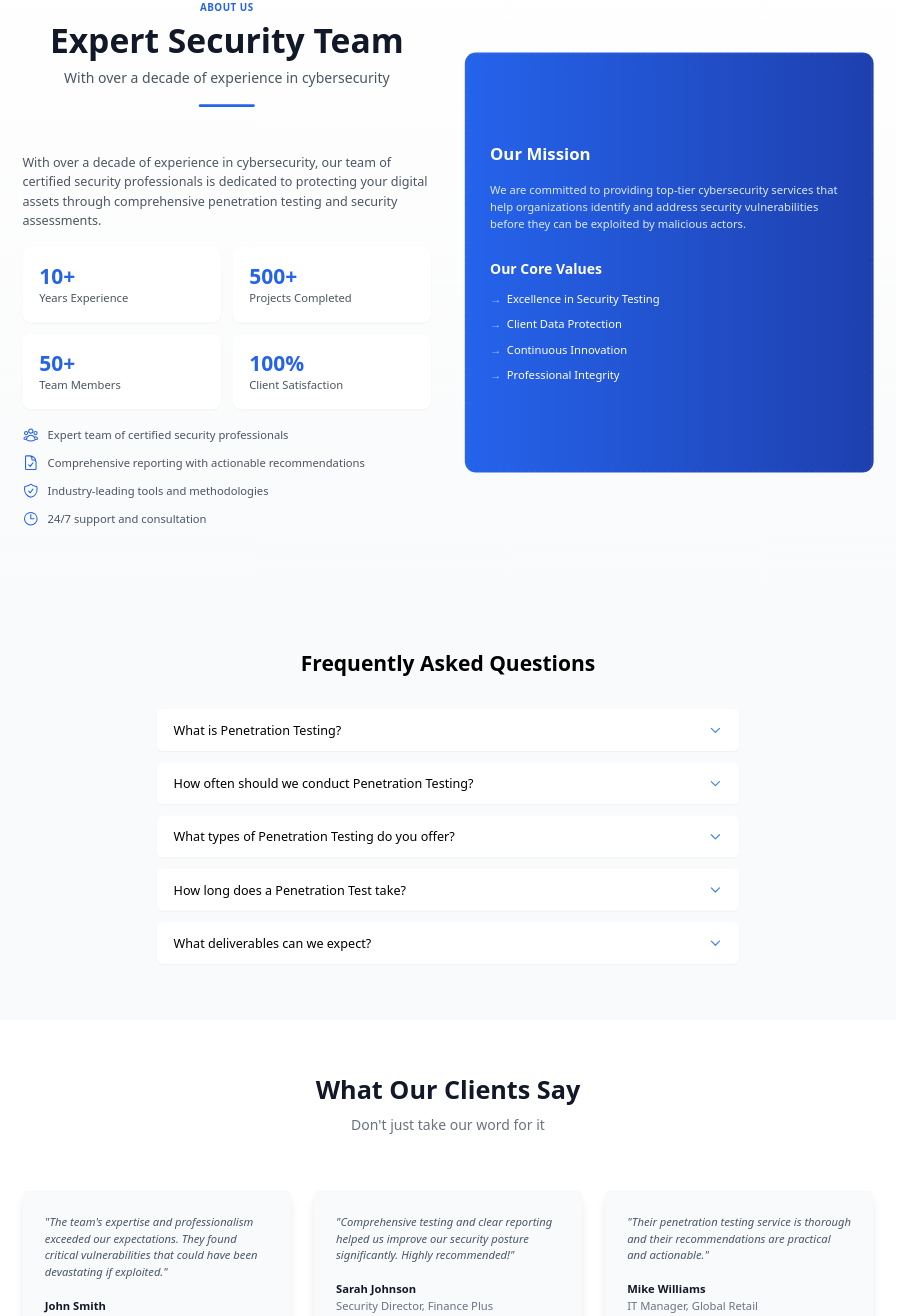
Repository: ZSayless/Penetration-test
Page: /
The author's editor kept a copy of each file at every save. The page is drawn from the files as they stood at one save, then again after the next save.
The browser window is 1280 px wide. The page is 1308 px wide, so the pictures cover 1308 px, including what lies to the right of the window. The pictures show the part of the page from y = 4620 to 6500 px (the page is 7649 px tall before and 7677 px after), at 70% of full size.
The project was rebuilt for these pictures with package versions that can differ from the ones it lists, and the page was loaded fresh each time. The framework's server and built-in components were replaced by stand-ins that run in the browser. Also part of the build but not shown: next.config.js.

Above is the page before, as saved 2024-12-06 10:41:04.

After the next save:
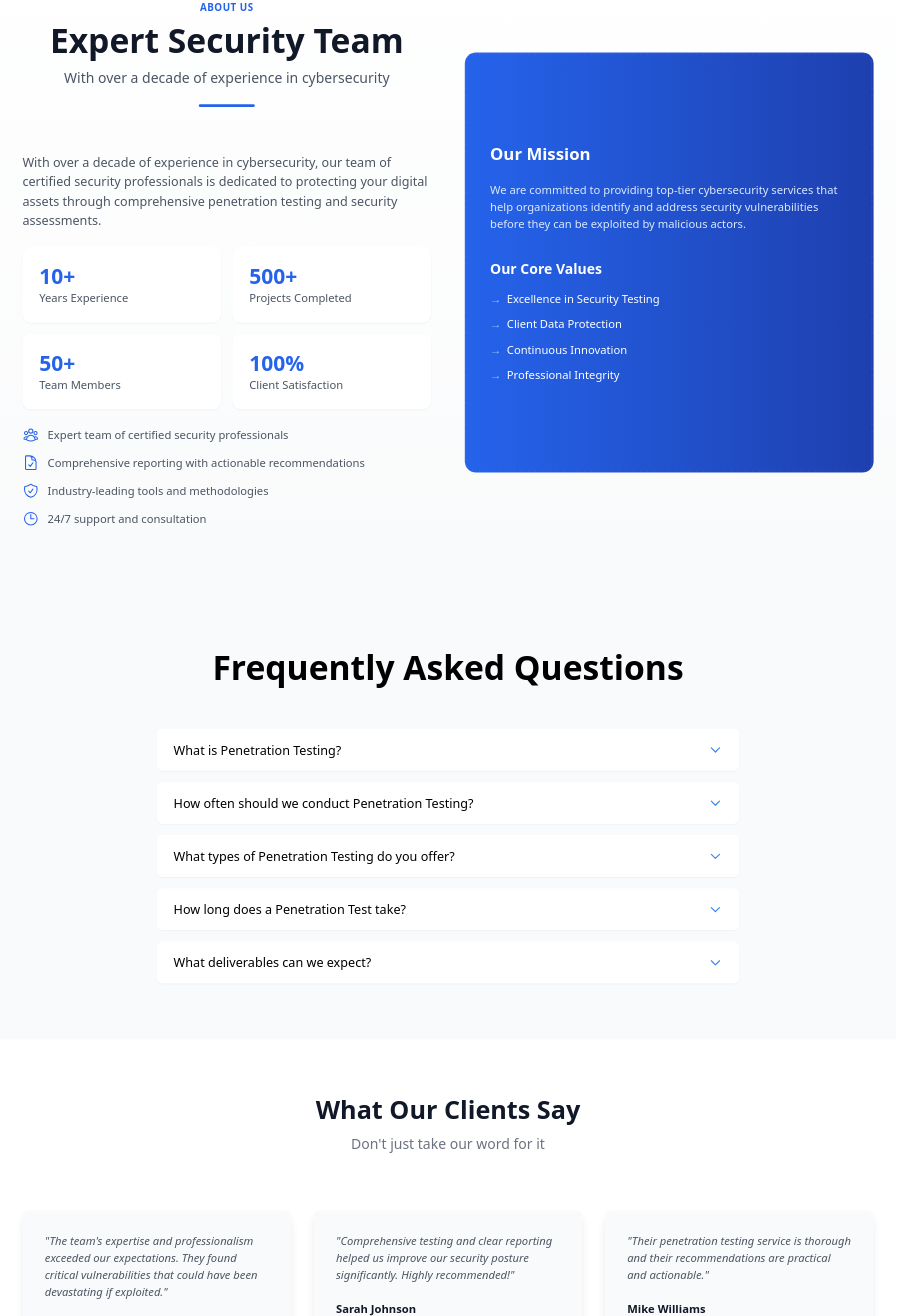
Saved 7 min 44 s later.
--- a/src/components/sections/FAQ.tsx
+++ b/src/components/sections/FAQ.tsx
@@ -31,7 +31,9 @@ export default function FAQ() {
   return (
     <section id="faq" className="py-20 bg-gray-50">
       <div className="max-w-4xl mx-auto px-4 sm:px-6 lg:px-8">
-        <h2 className="text-3xl font-bold text-center mb-12">Frequently Asked Questions</h2>
+        <h2 className="text-4xl sm:text-5xl font-bold text-center mb-16">
+          Frequently Asked Questions
+        </h2>
         <div className="space-y-4">
           {faqs.map((faq, index) => (
             <div
